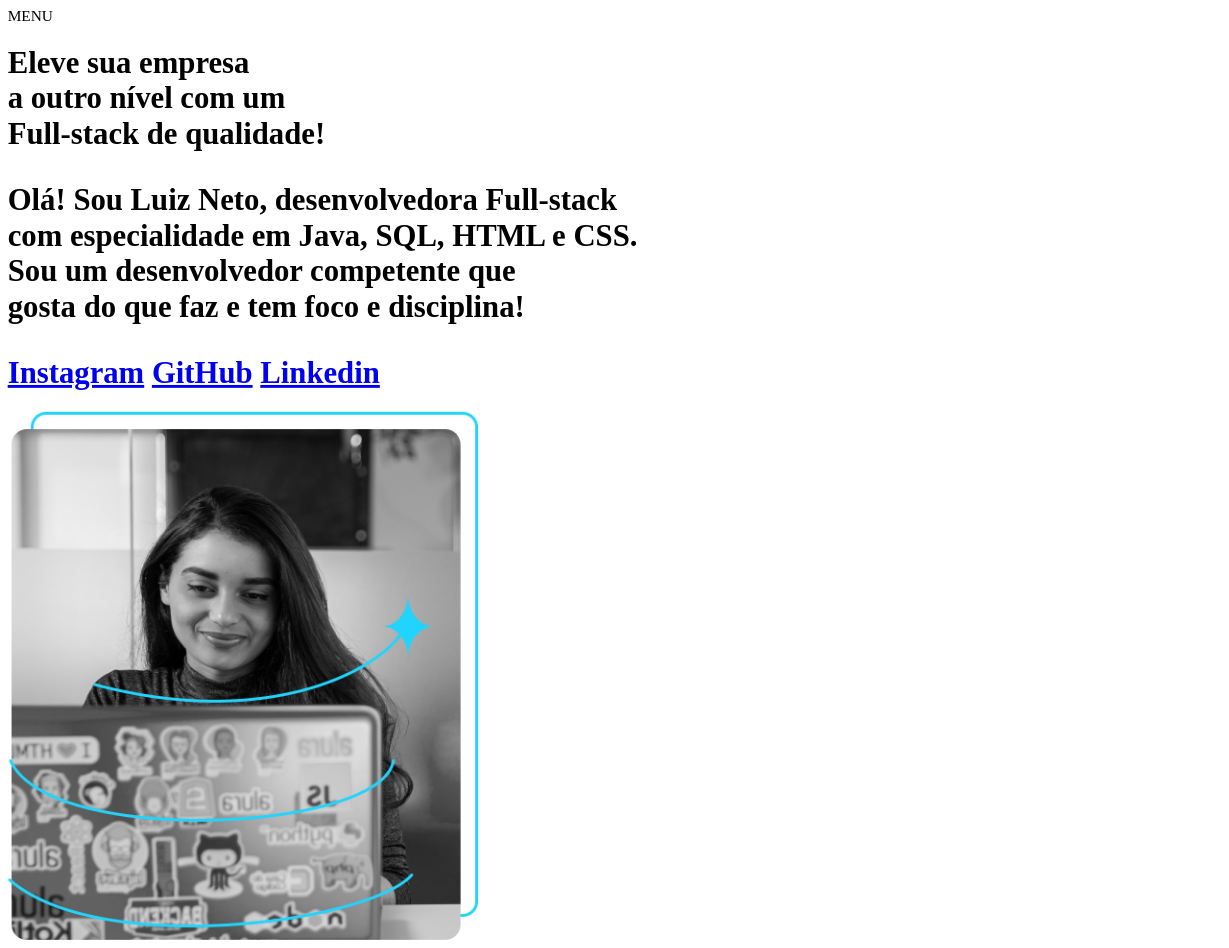
Repository: luiz123098/Sobre-mim-em-HTM-CSS
Page: htmlcss.html
An editor plug-in stored every save of this project. The page is shown before and after the next save, followed by the edit.
The browser window is 1280 px wide. The pictures show the whole page, at 96% of full size.

Above is the page before, as saved 2023-03-08 10:51:27.

After the next save:
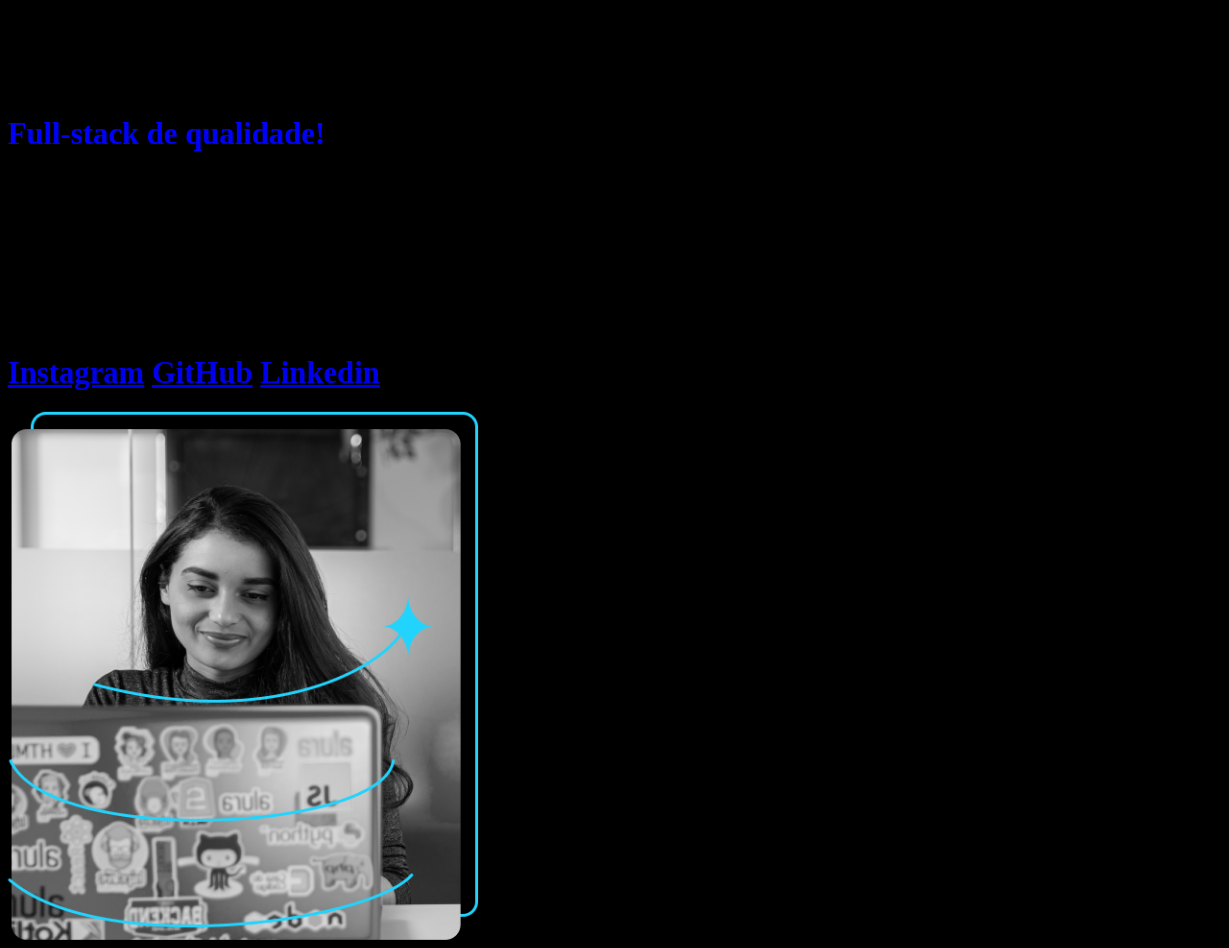
Saved 2 min 48 s later.
--- a/htmlcss.html
+++ b/htmlcss.html
@@ -6,6 +6,7 @@
     <meta http-equiv="X-UA-Compatible" content="IE=edge">
     <meta name="viewport" content="width=device-width, initial-scale=1.0">
     <title>Projeto Estudos</title>
+    <link rel="stylesheet" href="style.Css">
 </head>
 <body>
     <header>MENU</header>
